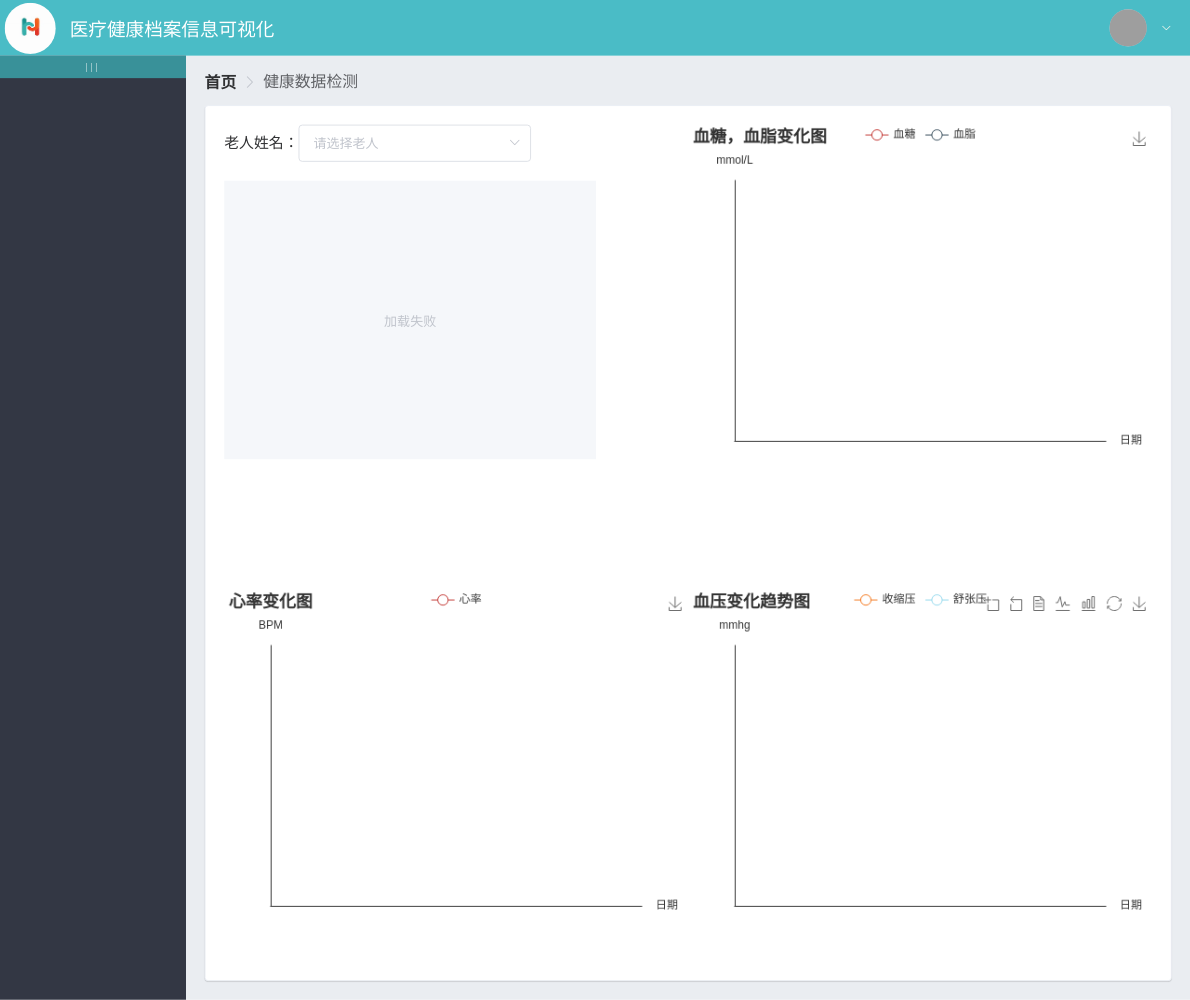
Repository: hyyBubbly/community-web-vue
Page: /#/healthyData (app in community/)
These files come from the project's save history. The page is drawn as it stood at one moment and after the next save; the edit follows.
The browser window is 1280 px wide. The pictures show the whole page, at 93% of full size.
Pictures or frames that could not be fetched are drawn as grey boxes. The page's requests for data from a server got no answer. The project was rebuilt for these pictures with package versions that can differ from the ones it lists, and the page was loaded fresh each time. No one was signed in, and anything a server would have sent is missing. Also part of the build but not shown: community/vue.config.js, community/src/components/Login.vue, community/src/components/Welcome.vue, community/src/components/User/UserList.vue, community/src/components/admin/WorkerList.vue, community/src/components/community/CommunityList.vue, community/src/components/healthfiles/Healthiness.vue, community/src/components/User/OlderInfoList.vue and 13 more.

Above is the page before, as saved 2024-01-28 13:45:33.

### community/src/main.js
import Vue from 'vue'
import App from './App.vue'
import router from './router'
import './plugins/element.js'
import './assets/css/global.css'
import md5 from 'md5.js'
//引入iconfont
import './assets/font/iconfont.css'
// 导入axios
import axios from 'axios'
import moment from "moment"
import echarts from 'echarts'
Vue.prototype.$echarts = echarts
//时间转化
Vue.prototype.$moment = moment;
// 挂载axios 到Vue的原型prototype的$http
Vue.prototype.$http = axios
// 设置请求的根路径
axios.defaults.baseURL = "http://localhost:9001"
Vue.config.productionTip = false
//md5加密
Vue.prototype.$md5 = md5;



new Vue({
  router,
  render: h => h(App)
}).$mount('#app')

### community/src/App.vue
<template>
  <div id="app">
    <router-view></router-view>
  </div>
</template>
<script>
  // export default {
  //   name: 'App',
  //   provide(){
  //     return {
  //       reload: this.reload
  //     }
  //   },
  //   data(){
  //     return {
  //       isRouterAlive: true
  //     }
  //   },
  //   methods:{
  //     reload() {
  //       this.isRouterAlive = false;
  //       this.$nextTick(function (){
  //         this.isRouterAlive = true
  //       })
  //     }
  //   }
  // }
</script>
<style>

</style>

### community/src/assets/css/global.css
/* 全局样式 */
HTML,body,#app{
	height: 100%;
	margin: 0;
	padding: 0;
}
/* 卡片区域  !important 提高样式级别*/
.el-card{
	box-shadow: 0 1px 1px rgba(0,8,10,0.15) !important;
}

/*表格样式*/
.el-table{
	margin-top: 15px;
	font-size: 12px;
	min-width: 350px;
}

### community/src/assets/font/iconfont.css
@font-face {
  font-family: "iconfont"; /* Project id 3270408 */
  src: url('iconfont.woff2?t=1652753196788') format('woff2'),
       url('iconfont.woff?t=1652753196788') format('woff'),
       url('iconfont.ttf?t=1652753196788') format('truetype');
}

.iconfont {
  font-family: "iconfont" !important;
  font-size: 16px;
  font-style: normal;
  -webkit-font-smoothing: antialiased;
  -moz-osx-font-smoothing: grayscale;
}

.icon-huoyuedu:before {
  content: "\e607";
}

.icon-xiaoqushu:before {
  content: "\e6df";
}

.icon-fangwenliang:before {
  content: "\e646";
}

.icon-duzheliuyan:before {
  content: "\e604";
}

.icon-hudongshequ:before {
  content: "\e62f";
}

.icon-huoyueshu:before {
  content: "\e702";
}

.icon-community:before {
  content: "\e61c";
}

.icon-shujujiance:before {
  content: "\e683";
}

.icon-huzhu:before {
  content: "\e778";
}

.icon-denglu:before {
  content: "\e603";
}

.icon-mima:before {
  content: "\e65c";
}

.icon-gouwuche:before {
  content: "\e600";
}

.icon-2jiankangzhishi:before {
  content: "\e622";
}

.icon-huodong:before {
  content: "\e630";
}

.icon-canyinguanli:before {
  content: "\e624";
}

.icon-huodong1:before {
  content: "\e870";
}

.icon-jiankangdanganx:before {
  content: "\e60d";
}

.icon-yiliaohuzhu:before {
  content: "\e686";
}

.icon-yonghu:before {
  content: "\e633";
}

.icon-guanliyuan:before {
  content: "\e62a";
}

.icon-guanliyuan1:before {
  content: "\e681";
}

.icon-menu_lrkh:before {
  content: "\e656";
}

.icon-shequ:before {
  content: "\e663";
}

### community/src/components/Home.vue
<template>
	<!-- 引入布局 -->
	<el-container class="home-container" v-loading="loading">
		<!-- 头部 -->
	  <el-header>
		  <div class="clickPop">
			  <img src="../assets/sportlogo.jpg" alt/>
			  <span class="span-font">医疗健康档案信息可视化</span>
		  </div>
        <el-dropdown class="clickPop">
          <el-avatar src="https://cube.elemecdn.com/0/88/03b0d39583f48206768a7534e55bcpng.png" style="margin-right: 10px"></el-avatar>
          <span class="el-dropdown-link">
    {{getUsername()}}<i class="el-icon-arrow-down el-icon--right"></i>
        </span>
          <el-dropdown-menu slot="dropdown">
            <el-dropdown-item><span @click="Main">首页</span></el-dropdown-item>
<!--            <el-dropdown-item><el-badge :value="12"><span @click="">购物车</span></el-badge></el-dropdown-item>-->
            <el-dropdown-item><span @click="$router.push({path:'/personal'})">个人中心</span></el-dropdown-item>
            <el-dropdown-item><span type="info" @click="quit">安全退出</span></el-dropdown-item>
          </el-dropdown-menu>
        </el-dropdown>

	  </el-header>
	  <!-- 主体 -->
	  <el-container>
		  <!-- 侧边栏 -->
	    <el-aside :width="width">
			  <el-menu background-color="#545c64" text-color="#fff" active-text-color="#00a3f4"
        unique-opened :collapse="isCollapse" :collapse-transition="false" :router="true"
        :default-active="activePath">
          <div class="toggle-button" @click="toggleCollapase">|||</div>
				  <!-- 一级菜单 -->
			      <el-submenu :index="item.id + ''" v-for="item in menuList" :key="item.id">
			        <template slot="title">
			          <i :class="iconsObject[item.id]"></i>
			          <span style="margin-left: 7px">{{item.title}}</span>
			        </template>
					<!-- 二级菜单 -->
					<el-menu-item :index="it.path + ''" v-for="it in item.sList" :key="it.id" @click="saveNavState()">
						<template slot="title">
						  <i :class="iconsObject[it.id]"></i>
						  <span style="margin-left: 7px">{{it.title}}</span>
						</template>
					</el-menu-item>
			      </el-submenu>
			    </el-menu>
		</el-aside>
		<!-- 主体内容 -->
      <el-main>
			  <router-view></router-view>
		  </el-main>
      <el-dialog title="用户评价" :visible.sync="isDialog" width="40%">
        <el-col :span="7" style="margin-top: 15px"><el-rate v-model="assessForm.assess" show-text></el-rate></el-col>
        <!-- 内容底部区域    -->
        <span slot="footer" class="dialog-footer">
            <el-button @click="isDialog = false">取 消</el-button>
            <el-button type="primary" @click="logout">确 认</el-button>
        </span>
      </el-dialog>
	  </el-container>
	</el-container>
</template>
<script>
export default{
	  data(){
		  return{
			  //菜单列表
        loading:true,
        width:"200px",
			  menuList:[],
        isCollapse:false,
        sList:[],
        assessForm:{
			  assess:""
        },
        isPopup:false,
        isDialog:false,
        percentage:0,
        customColors:"",
        token:"",
        editPassword:{
          id:"",
          username:"",
          oldPassword:"",
          newPassword:"",
          passwordConfirm:""
        },
        iconsObject:{
			    '100':'iconfont icon-yonghu',
			    '200':'iconfont icon-shequ',
				  '300':'iconfont icon-jiankangdanganx',
				  '400':'iconfont icon-huzhu',
				  '500':'iconfont icon-2jiankangzhishi',
				  '600':'iconfont icon-huodong1',
			    '101':'iconfont icon-guanliyuan1',
			    '102':'iconfont icon-yonghu',
				  '103':'iconfont icon-menu_lrkh',
			    '201':'iconfont icon-shequ',
			    '301':'iconfont icon-jiankangdanganx',
			    '302':'iconfont icon-shujujiance',
				  '401':'iconfont icon-yiliaohuzhu',
				  '402':'iconfont icon-gouwuche',
			    '403':'iconfont icon-canyinguanli',
			    '501':'iconfont icon-2jiankangzhishi',
			    '601':'iconfont icon-huodong1',
        },
        activePath:"/welcome",// 默认路径
		  }
	  },
  // onload事件
	  created() {
      //查询menuList
      this.getUsername();
      this.getMenuList();
      this.activePath = window.sessionStorage.getItem('activePath');//取出session里的path动态修改
      this.loading = false;
    },
	  methods:{
      quit(){
        if(window.sessionStorage.getItem("isAssess") === "1"){
          return this.logout()
        }
        this.isDialog = true
      },
      Main(){
        this.$router.push("/welcome");
      },
      getUsername(){
        this.editPassword.id = window.sessionStorage.getItem("id");
        this.editPassword.username = window.sessionStorage.getItem("workName");
        return this.editPassword.username;
      },
		  //安全退出
	  async logout(){
      if(this.assessForm.assess !== '' && this.assessForm.assess !== null && this.assessForm.assess !== 0)
      {
        this.assessForm.workId = window.sessionStorage.getItem("id")
        this.assessForm.createName = window.sessionStorage.getItem("workName")
        this.assessForm.roleId = window.sessionStorage.getItem("roleId")
        const{data:res} = await this.$http.post("/assess/addAssess",this.assessForm)
        if(res !== "success"){
          return this.$message.error("评价失败！！！")
        }
        this.$message.success("评价成功！！！")
      }
      const confirmResult = await this.$confirm('是否确定退出？','提示',{
        confirmButtonText:"确定",
        cancelButtonText:"取消",
        type:'warning'
      }).catch(err => err)
      if(confirmResult!=='confirm'){//取消
        return this.$message.info("已取消退出");
      }
      window.sessionStorage.clear();//清除session
      window.localStorage.clear();
      await this.$router.push("/login");//回到首页
		  },
		  //获取导航菜单
		 async getMenuList(){
       let token
       if(window.sessionStorage.getItem("roleId") === '' || window.sessionStorage.getItem("roleId") === null)
       {
         token = this.$route.query.roleId
       }else{
         token = window.sessionStorage.getItem("roleId")
       }
			 const {data:res} = await this.$http.get("menus?roleId=" + token);
			 console.log(res);
			 if(res.flag !== 200)
				 return this.$message.error("获取列表失败!!!");//访问失败的错误信息
			 this.menuList = res.menus;//返回数据
		},

      //控制伸缩
     toggleCollapase(){
        this.isCollapse = !this.isCollapse;
        if(this.isCollapse === true){
          this.width = "64px";
        }else{
          this.width = "200px";
        }
     },
      //保存路径
      saveNavState(activePath){
		    window.sessionStorage.setItem('activePath',activePath);//存放在session里
		    this.activePath = activePath;
      }
	}
  }
</script>

<style lang="less" scoped>
	// 全局样式
	.home-container{
		height: 100%;
	}
	//头部样式
	.el-header{
		// background-color: #373d41;
    background-color: #4abcc6;
		display: flex;
		align-items: center;
		justify-content: space-between; //左右贴边
		padding-left: 0%;//左边界
		color:#fff;
		font-size:20px;
	}
  .clickPop{
    display: flex;
    align-items: center;
    cursor: pointer;//显示小手
    img {
      border-radius: 50%;
      margin: 5px;
    }
  }
  .span-font{
    margin-left: 10px;
    font-family: 隶书;
  }
	//侧边栏样式
	.el-aside{
		background-color: #333744;
    .el-menu{
      border-right: none;
    }
	}
	//主体样式
	.el-main{
		background-color: #eaedf1;
	}
	img{
		width: 55px;
		height: 55px;
	}
  // |||按钮样式
  .toggle-button{
    background-color: #399199;
    font-size: 10px;
    line-height: 24px;
    color: #fff;
    text-align: center;
    letter-spacing: 0.2rem;
    cursor: pointer;//显示小手
  }
  .el-dropdown-link {
    cursor: pointer;
    color: #fffdef;
  }
  .el-icon-arrow-down {
    font-size: 12px;
  }

</style>

### community/src/components/healthfiles/HealthyData.vue
<template>
	<div>
	  <el-breadcrumb separator-class="el-icon-arrow-right">
	    <el-breadcrumb-item :to="{path:'/home'}">首页</el-breadcrumb-item>
	    <el-breadcrumb-item>健康数据检测</el-breadcrumb-item>
	  </el-breadcrumb>
  <el-card style="height: 100%">
    <el-row>
      <el-col style="width: 50%;height: 300px;">
        <label>老人姓名：</label>
        <el-select placeholder="请选择老人" v-model="queryInfo.olderId" @change="getInternalList"
                   clearable filterable style="width: 50%; padding-right: 10px">
          <el-option
              v-for="item in olderDrop"
              :key="item.olderId"
              :label="item.olderName"
              :value="item.olderId">
          </el-option>
        </el-select>
        <el-image :src="img" style="height: 300px;width: 400px;margin-top: 20px"></el-image>
      </el-col>
      <el-col id="drawLine" style="width: 50%;height: 400px;"></el-col>
    </el-row>
    <el-row style="margin-top: 100px;">
      <el-col id="line" style="width: 50%;height: 400px;"></el-col>
      <el-col id="id" style="width: 50%;height: 400px;"></el-col>
    </el-row>
  </el-card>
  </div>
</template>
<script>

export default {
  name: 'HealthyData',
  data() {
    return {
      queryInfo: {
        orderId: "",
      },
      olderDrop: [{
        orderId:"",
        orderName:""
      }],
      internalList: [{
        heartRate: "",
        bloodPressure: "",
        bloodSugar: "",
        bloodFat: "",
        pulse: "",
        liverFunction: "",
        renalFunction: "",
        bloodRoutine: "",
        urinalysis: "",
        CDultrasound: "",
        physician: "",
        photo:""
      }],
      dataX: [],
      dataY: [],
      dataHeightY: [],
      dataLowY: [],
      dataFatY:[],
      dataSugarY:[],
      img:"",
      token:""
    }
  },
  created() {
    this.selectOlderDrop();
  },
  methods: {
    //获取内科信息
    async getInternalList() {
      this.dataX = [];
      this.dataY = [];
      this.dataHeightY = [];
      this.dataLowY = [];
      const {data: res} = await this.$http.get("/healthy/internalList?olderId=" + this.queryInfo.olderId)
      this.internalList = res;
      this.img = require('@/' + this.internalList[0].photo)
      for (let i = 0; i < this.internalList.length; i++) {
        this.dataX.push(this.$moment(this.internalList[i].createTime).format('YYYY/MM'))
        this.dataY.push(this.internalList[i].heartRate)
        this.dataHeightY.push(this.internalList[i].bloodPressure.split("/")[0])
        this.dataLowY.push(this.internalList[i].bloodPressure.split("/")[1])
        this.dataFatY.push(this.internalList[i].bloodFat)
        this.dataSugarY.push(this.internalList[i].bloodSugar)
      }
      this.myLine();
      this.myEcharts();
      this.drawLine();
    },
    async selectOlderDrop() {
      this.token = window.sessionStorage.getItem("roleId")
      if(this.token === '4'){
        this.queryInfo.userId = window.sessionStorage.getItem("id")
      }else{
        this.queryInfo.userId = ''
      }
      const {data: res} = await this.$http.get("/healthy/olderDrop?userId=" + this.queryInfo.userId);
      this.olderDrop = res;
      this.queryInfo.olderId = this.olderDrop[0].olderId
      await this.getInternalList()
    },
    drawLine() {
      // 基于准备好的dom，初始化echarts实例
      const myChart = this.$echarts.init(document.getElementById('drawLine'));
      // 指定图表的配置项和数据
      const option = {
        title: {
          text: '血糖，血脂变化图'
        },
        toolbox: {
          feature: {
            saveAsImage: {}
          }
        },
        tooltip: {},
        legend: {
          data: ['血糖','血脂']
        },
        xAxis: {
          boundaryGap: false,
          data: this.dataX,
          name: '日期'
        },
        yAxis: {
          name: 'mmol/L'
        },
        visualMap: [{
          show: false,
          dimension: 1,
          seriesIndex:0,
          pieces: [{gte: 4.1, lte: 6.1, color: '#2a5caa'}],
          outOfRange: {
            color: 'red'
          }
          },
          {
            show: false,
            dimension: 1,
            seriesIndex:1,
            pieces: [{gte: 2.6, lte: 3.9, color: '#7fb80e'}],
            outOfRange: {
              color: 'red'
            }
          }
          ],
        series: [{
          name: '血糖',
          type: 'line',
          data: this.dataSugarY,
        },
          {
            name: '血脂',
            type: 'line',
            data: this.dataFatY,
          }
        ]
      };
      // 使用刚指定的配置项和数据显示图表。
      myChart.setOption(option, true);
      window.onresize = function(){
        myChart.resize()
      }
    },


    myEcharts() {
      // 基于准备好的dom，初始化echarts实例
      const myChart = this.$echarts.init(document.getElementById('id'));

      // 指定图表的配置项和数据
      const option = {
        title: {
          text: '血压变化趋势图'
        },
        tooltip: {
          trigger: 'axis'
        },
        legend: {},
        toolbox: {
          show: true,
          feature: {
            dataZoom: {
              yAxisIndex: 'none'
            },
            dataView: {readOnly: false},
            magicType: {type: ['line', 'bar']},
            restore: {},
            saveAsImage: {}
          }
        },
        xAxis: {
          type: 'category',
          boundaryGap: false,
          data: this.dataX,
          name: "日期"
        },
        yAxis: {
          type: 'value',
          name: 'mmhg'
        },
        series: [
          {
            name: '收缩压',
            type: 'line',
            data: this.dataHeightY,
            markPoint: {
              data: [
                {type: 'max', name: 'Max'},
                {type: 'min', name: 'Min'}
              ]
            },
            markLine: {
              data: [{type: 'average', name: 'Avg'}]
            },
            itemStyle: {
              color: "#f47920"
            },
          },
          {
            name: '舒张压',
            type: 'line',
            data: this.dataLowY,
            markPoint: {
              data: [
                {type: 'max', name: 'Max'},
                {type: 'min', name: 'Min'}]
            },
            markLine: {
              data: [
                {type: 'average', name: 'Avg'},
                [
                  {
                    symbol: 'none',
                    x: '90%',
                    yAxis: 'max'
                  },
                  {
                    symbol: 'circle',
                    label: {
                      position: 'start',
                      formatter: 'Max'
                    },
                    type: 'max',
                    name: '最高点'
                  }
                ]
              ]
            },
            itemStyle: {
              color: '#90d7ec'
            },
          }
        ]
      };
      // 使用刚指定的配置项和数据显示图表。
      myChart.setOption(option);
      window.onresize = function(){
        myChart.resize()
      }
    },

    myLine() {
      // 基于准备好的dom，初始化echarts实例
      const myChart = this.$echarts.init(document.getElementById('line'));
      // 指定图表的配置项和数据
      const option = {
        title: {
          text: '心率变化图'
        },
        toolbox: {
          feature: {
            saveAsImage: {}
          }
        },
        tooltip: {},
        legend: {
          data: ['心率']
        },
        xAxis: {
          boundaryGap: false,
          data: this.dataX,
          name: '日期'
        },
        yAxis: {
          name: 'BPM'
        },
        visualMap: {
          show: false,
          dimension: 1,
          pieces: [{gte: 70, lte: 150, color: 'green'}],
          outOfRange: {
            color: 'red'
          }
        },
        series: [{
          name: '心率',
          type: 'line',
          data: this.dataY,
          smooth:true,
          markArea:{
            itemStyle:{
              color:'rgba(255, 173, 177, 0.4)'
            },
            data:[
              [
                {
                  name: '正常范围',
                  yAxis: '70'
                },
                {
                  yAxis: '150'
                }
              ]
            ]
          }

        }
        ]
      };
      // 使用刚指定的配置项和数据显示图表。
      myChart.setOption(option, true);
      window.onresize = function(){
        myChart.resize()
      }
    },
  },

  //调用
  mounted() {
    this.$nextTick(function () {
      this.drawLine();
      this.myEcharts()
      this.myLine()
    })
  }
}
</script>
<style lang="less" scoped>
.el-breadcrumb{
	margin-bottom: 15px;
	font-size: 17px;
}
* {
  margin: 0;
  padding: 0;
  list-style: none;
}
.el-header, .el-footer {
  background-color: #B3C0D1;
  color: #333;
  text-align: center;
  line-height: 60px;
}

.el-aside {
  background-color: #D3DCE6;
  color: #333;
  text-align: center;
  line-height: 200px;
}

.el-main {
  background-color: #E9EEF3;
  color: #333;
  text-align: center;
  line-height: 160px;
}

body > .el-container {
  margin-bottom: 40px;
}

.el-container:nth-child(5) .el-aside,
.el-container:nth-child(6) .el-aside {
  line-height: 260px;
}

.el-container:nth-child(7) .el-aside {
  line-height: 320px;
}
</style>

Loaded but not shown: community/public/index.html (common file); community/src/plugins/element.js (common file); community/src/router/index.js (149 lines, source omitted)

After the next save:
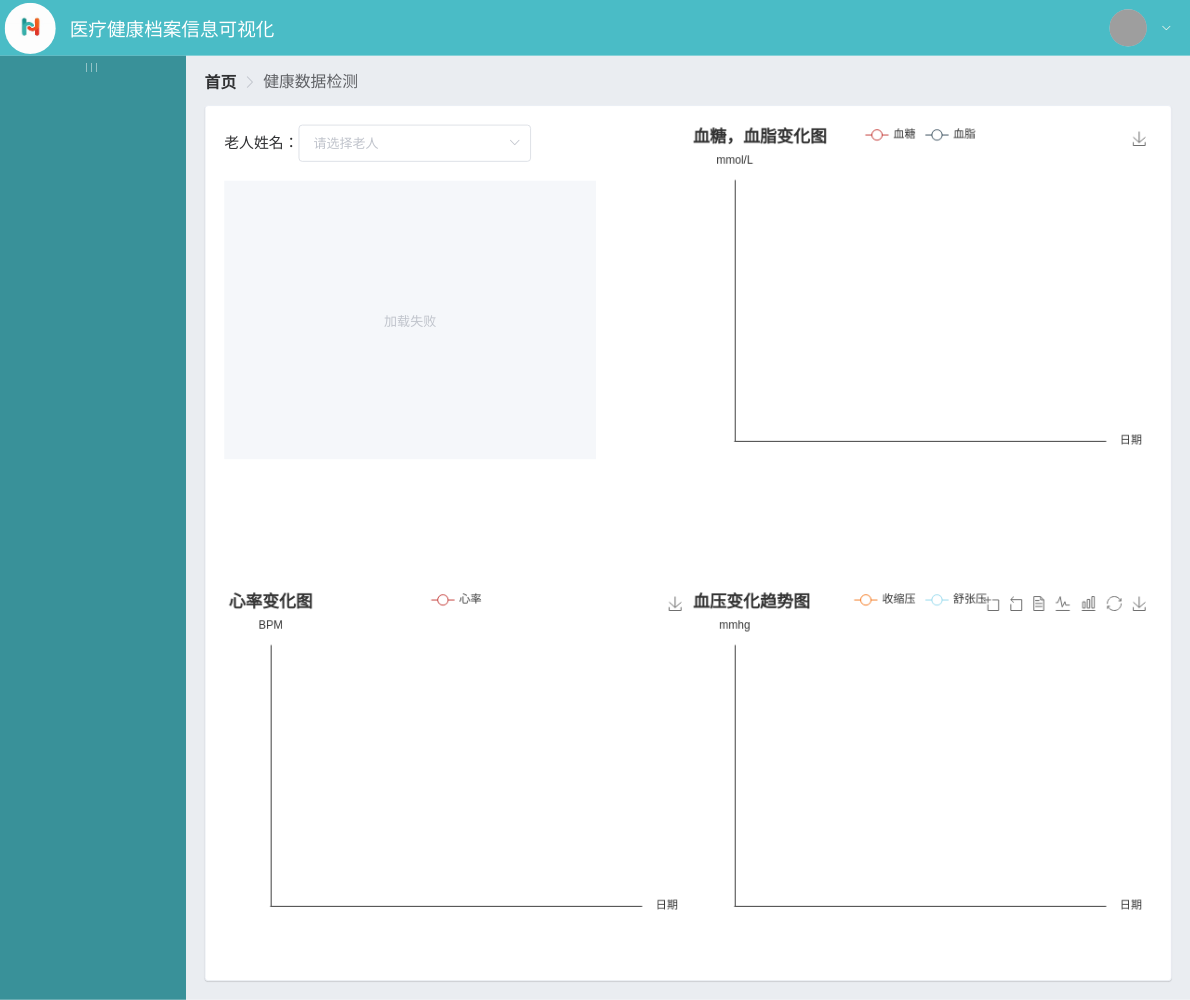
Saved 46 s later.
--- a/community/src/components/Home.vue
+++ b/community/src/components/Home.vue
@@ -220,7 +220,7 @@ export default{
   }
 	//侧边栏样式
 	.el-aside{
-		background-color: #333744;
+		background-color: #399199;
     .el-menu{
       border-right: none;
     }
